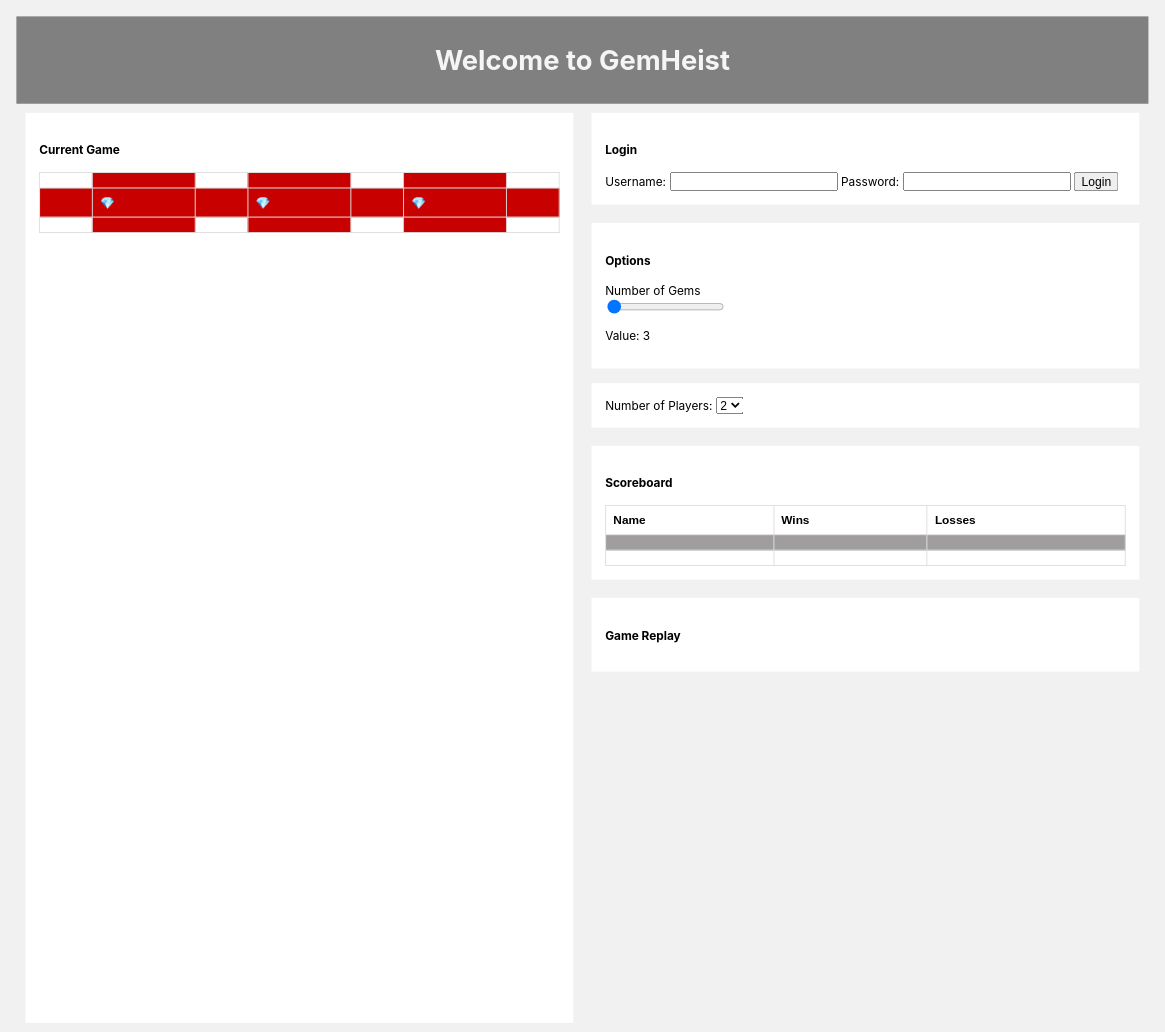
Repository: komalharjani/Gem-Heist
Page: board.html
These files come from the project's save history. The page is drawn as it stood at one moment and after the next save; the edit follows.
The browser window is 1280 px wide. The pictures show the whole page, at 91% of full size.

Above is the page before, as saved 2020-04-09 12:57:44.

### board.html
<!DOCTYPE html>
<html>

<head>
    <link rel="stylesheet" href="style.css">
</head>

<body>
    <!--Header-->
    <div class="header">
        <h2>Welcome to GemHeist</h2>
    </div>

    <!--Current Game-->
    <div class="centercolumn">
        <div class="card" style="height:1000px">
            <h4 id="gameTitle">Current Game</h4>
            <div class="yaks" id="game">
            </div>
        </div>
    </div>
    <!--Login -->
    <div class="centercolumn" id="scoreboard">
        <div class="card">
            <h4>Login</h4>
            <div class="yaks">
                <label for="fname">Username:</label>
                <input type="text" id="fname" name="fname">
                <label for="lname">Password:</label>
                <input type="text" id="lname" name="lname">
                <input type="submit" value="Login">
            </div>
        </div>
    </div><br>
    </div>

    <!--Options -->
    <div class="rightcolumn">
        <div class="card">
            <h4>Options</h4>
            <div class="yaks">
                <div class="slidecontainer">
                    <label for="myRange">Number of Gems</label></br>
                    <input type="range" min="3" max="20" value="3" class="slider" id="myRange">
                    <p>Value: <span id="demo"></span></p>
                </div>
            </div>
                <script>
                    var slider = document.getElementById("myRange");
                    var output = document.getElementById("demo");
                    output.innerHTML = slider.value;
                    document.getElementById("myRange").step = "3";
                    slider.oninput = function () {
                        output.innerHTML = this.value;
                    }
                </script>
            </div></br>
            <div class="card">
                <div class="yaks">
                    <label for="noPlayers">Number of Players:</label>
                    <select id="noPlayers">
                        <option value="2">2</option>
                        <option value="3">3</option>
                        <option value="4">4</option>
                        <option value="5">5</option>
                    </select>
                </div>
            </div>
    </div><br>
    </div>

    <!--Scoreboard - change to dynamic -->
    <div class="rightcolumn">
        <div class="card">
            <h4>Scoreboard</h4>
            <div class="yaks" id="scoreboard">
                <table>
                    <tr>
                        <th>Name</th>
                        <th>Wins</th>
                        <th>Losses</th>
                    </tr>
                    <tr>
                        <td> </td>
                        <td> </td>
                        <td> </td>
                    </tr>
                    <tr>
                        <td> </td>
                        <td> </td>
                        <td> </td>
                    </tr>
                </table>

            </div>
        </div>
    </div><br>
    </div>

    <!--Scoreboard -->
    <div class="rightcolumn">
        <div class="card">
            <h4>Game Replay</h4>
            <div class="yaks">
                <!--Content Here-->
            </div>
        </div>
    </div><br>
    </div>



    <!--JAVASCRIPT -->
    <script src="model_Board.js"></script>
</body>

</html>

### style.css
* {
    box-sizing: border-box;
  }

  /* Add a gray background color with some padding */
  body {
    font-family: -apple-system, BlinkMacSystemFont, 'Segoe UI', Roboto, Oxygen, Ubuntu, Cantarell, 'Open Sans', 'Helvetica Neue', sans-serif;
    padding: 10px;
    background: #f1f1f1;
    font-size: 13px;
  }
  table {
    font-family: arial, sans-serif;
    border-collapse: collapse;
    width: 100%;
  }

  td, th {
    border: 1px solid #dddddd;
    text-align: left;
    padding: 8px;
  }

  tr:nth-child(even) {
    background-color: #dddddd;
  }
  /* Header Title */
  .header {
    padding: 5px;
    font-size: 20px;
    text-align: center;
    background: grey;
    color: whitesmoke;
  }

  .login {
    width:300px;
    height:150px;
    position: fixed;
    top: 50%;
    left: 50%;
    margin-top: -125px;
    margin-left: -150px;
  }


  /* Alerts and Gems */

  .gem {
    background-color: white;
    justify-content: center;
  }

  .gem:hover {
    background-color: rgb(240, 240, 240);
  }

  .alarm {
    background-color: rgb(200, 0, 0);
  }

  .white {
    background-color: white;
  }

  .empty {
    background-color: white;
  }

  .alarm:hover {
    background-color: rgb(136, 0, 0);
  }

  /* Split Screen into Columns */

  .rightcolumn {
    float: right;
    width: 50%;
    padding: 10px;
  }

  .centercolumn {
    float: left;
    width: 50%;
    padding: 10px;
  }

  .box {
    background-color: whitesmoke;
    width: 100%;
    padding: 15px;
  }

  .voteFilter {
    background-color: black;
    width: 100%;
    padding: 15px;
  }

  .card {
     background-color: white;
     padding: 15px;
  }

  .row:after {
    content: "";
    display: table;
    clear: both;
  }

  /* Footer */
  .footer {
    padding: 20px;
    text-align: center;
    background: #ddd;
    margin-top: 20px;
  }

  /* Responsive layout - when the screen is less than 800px wide, make the two columns stack on top of each other instead of next to each other */
  @media screen and (max-width: 800px) {
    .leftcolumn, .rightcolumn {
      width: 100%;
      padding: 0;
    }
  }

  tr:nth-child(even) {
    background-color: #3b37377c;
  }

### model_Board.js
/**
 * Variables
 */
const width = 7;
var gemChar = '&#128142';
var noGems = document.getElementById("myRange").value;
height = (2 / 3 * noGems) + 1;

/**
 * Declare Arrays for Drawing Board...
 */
var pieces = [];
for (var i = 0; i < height; i++) {
    pieces[i] = [];
}

var currState = [];
for (var i = 0; i < height; i++) {
    currState[i] = [];
    for (var j = 0; j < width; j++) {
        currState[i].push(true);
    }
}
console.log(currState);

//array of state of board


/**
 * Function to Draw Board
 */
//synchronise with model
//if true draw alarm else draw
function drawBoard() {
    //Create rows and tables according to specified height and width
    var table = document.createElement("table");
    for (var i = 0; i < height; i++) { //loop through height
        var row = document.createElement('tr'); //create rows for each height
        for (var j = 0; j < width; j++) { //loop through width
            var cell = document.createElement('td'); //create columns for each width
            pieces[i].push(cell);
            cell.setAttribute("row", i);
            cell.setAttribute("col", j);

            //Identify Gem Cells
            if (currState[i][j] == true) {
                if (j % 2 && i % 2) {
                    cell.innerHTML = gemChar;
                    cell.className = "gem";
                    //example - move out later to follow after alarm captured
                    cell.addEventListener('click', function (event) { //disable after clicked + how to pass row and col
                        //this.innerHTML = "name";
                    })
                }
            }
            //Identify Alarms
            if (currState[i][j] == true) {
                if (j % 2 || i % 2) {
                    cell.className = "alarm";
                    cell.addEventListener('click', function (event) { //disable after clicked + how to pass row and col
                        this.className = "alarm";
                        captureAlarm(this);
                        event.preventDefault();
                    })
                }
                else {
                    cell.className = "white";
                }
            }
            row.appendChild(cell);
        }
        table.appendChild(row);
    }
    document.body.appendChild(table);

    //display in this div
    let divContainer = document.getElementById("game");
    divContainer.innerHTML = "";
    divContainer.appendChild(table);
}

drawBoard();

//free of HTML elements
function captureAlarm() {
    let currRow = event.target.getAttribute("row"); //curr row
    let currCol = event.target.getAttribute("col"); //curr col
    let alarmsAroundEvent = [];
    let gemsFound = [];
    let leftCell;
    let rightCell;
    let upCell;
    let downCell;
    let one = 1;
    let alarmsAroundGemsFound = [];

    currState[currRow][currCol] = (false); //bind false to cell.className = "white";
    //add move to replay

    if (currRow - 1 >= 0) {
        upCell = pieces[currRow - 1][currCol];
        alarmsAroundEvent.push(upCell);
    } if (currCol - 1 >= 0) {
        leftCell = pieces[currRow][currCol - 1];
        alarmsAroundEvent.push(leftCell);
    } if (currRow + 1 < height) {
        downCell = pieces[currRow + 1][currCol];
        alarmCheck.push(downCell);
    } if (currCol < width) {
        //     rightCell = [currRow][currCol+1];
        //     alarmCheck.push(rightCell);
    }

    console.log(upCell);
    console.log(leftCell);
    console.log(alarmsAroundEvent);
    //}

    //loop 1 find gems around alarms
    for (let i = 0; i < alarmsAroundEvent.length; i++) {
        if (alarmsAroundEvent[i].className == "gem") {
            gemsFound.push(alarmsAroundEvent[i]);
        }
    }

    //loop 2 - check for alarms around each gem to see if gem should be captured
    for (let i = 0; i < gemsFound.length; i++) {
        let gemRow = gemsFound[i].getAttribute("row");
        let gemCol = gemsFound[i].getAttribute("col");

        let alarmUp = (pieces[gemRow - 1][gemCol]);
        let alarmLeft = (pieces[gemRow][gemCol - 1]);
        //let alarmRight = (pieces[gemRow + 1][gemCol]);
        //let alarmDown = (pieces[gemRow + 1][gemCol]);

        alarmsAroundGemsFound.push(alarmUp, alarmLeft);

        for (let j = 0; j < alarmsAroundGemsFound.length; j++) {
            if (alarmsAroundGemsFound[i].className == "white") {
                alarmsAroundGemsFound.pop[i];
            }
        }
        console.log(alarmsAroundGemsFound);

        if (alarmsAroundGemsFound.length == 0) {
            gemsFound.className = "white";
            gemsFound.innerHTML = "name";
            //add move to replay
            //currState[gemRow][gemCol] = (false);
            //model.Player.score++;
            declareWinner();
        }
        else {
            //Next Turn
        }

    }

}

function declareWinner() {
    let gemsToWin = player.length / noGems;
    if (player.score = gemsToWin) {
        //alert
        //kill game
        //update leagueboard
    }
    else {
        //next turn
    }
}

//1. seperate state and draw board function
//2. fix the row and col
//3. move to main

After the next save:
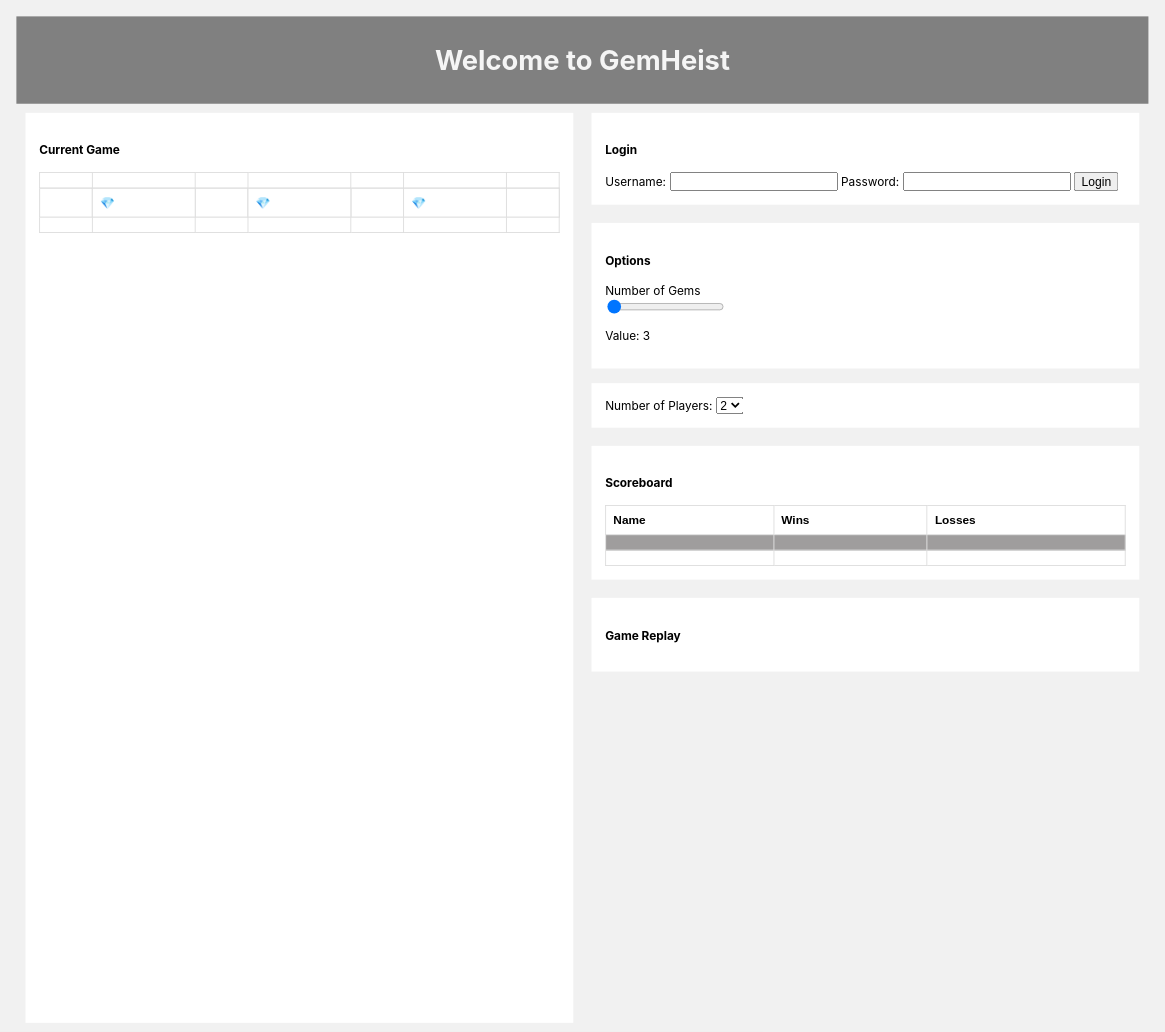
Saved 35 s later.
--- a/model_Board.js
+++ b/model_Board.js
@@ -56,7 +56,7 @@
             //Identify Alarms
             if (currState[i][j] == true) {
                 if (j % 2 || i % 2) {
-                    cell.className = "alarm";
+                    cell.className = "gem";
                     cell.addEventListener('click', function (event) { //disable after clicked + how to pass row and col
                         this.className = "alarm";
                         captureAlarm(this);

After the save that followed:
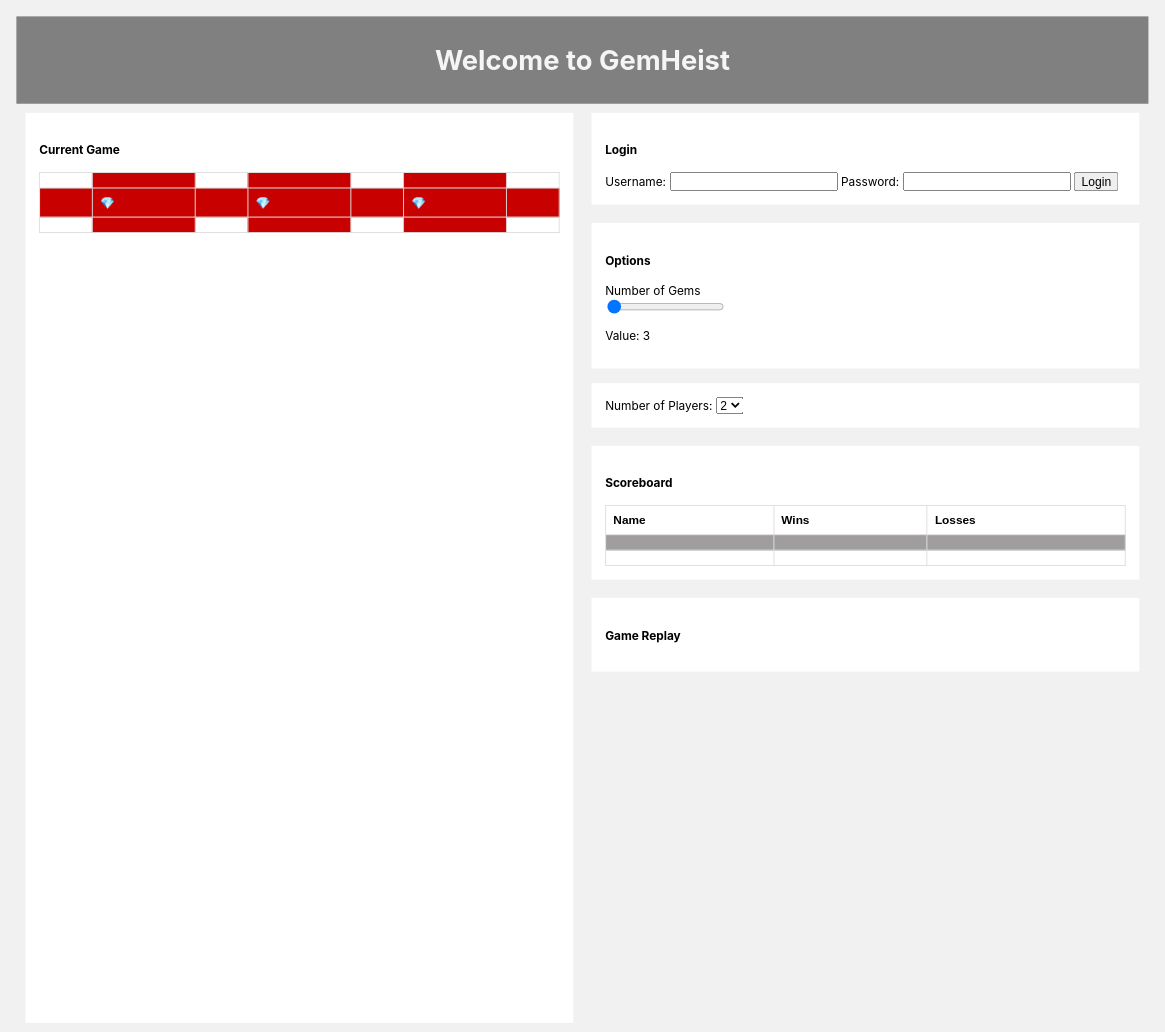
Saved 6 s later.
--- a/model_Board.js
+++ b/model_Board.js
@@ -56,7 +56,7 @@
             //Identify Alarms
             if (currState[i][j] == true) {
                 if (j % 2 || i % 2) {
-                    cell.className = "gem";
+                    cell.className = "alarm";
                     cell.addEventListener('click', function (event) { //disable after clicked + how to pass row and col
                         this.className = "alarm";
                         captureAlarm(this);
